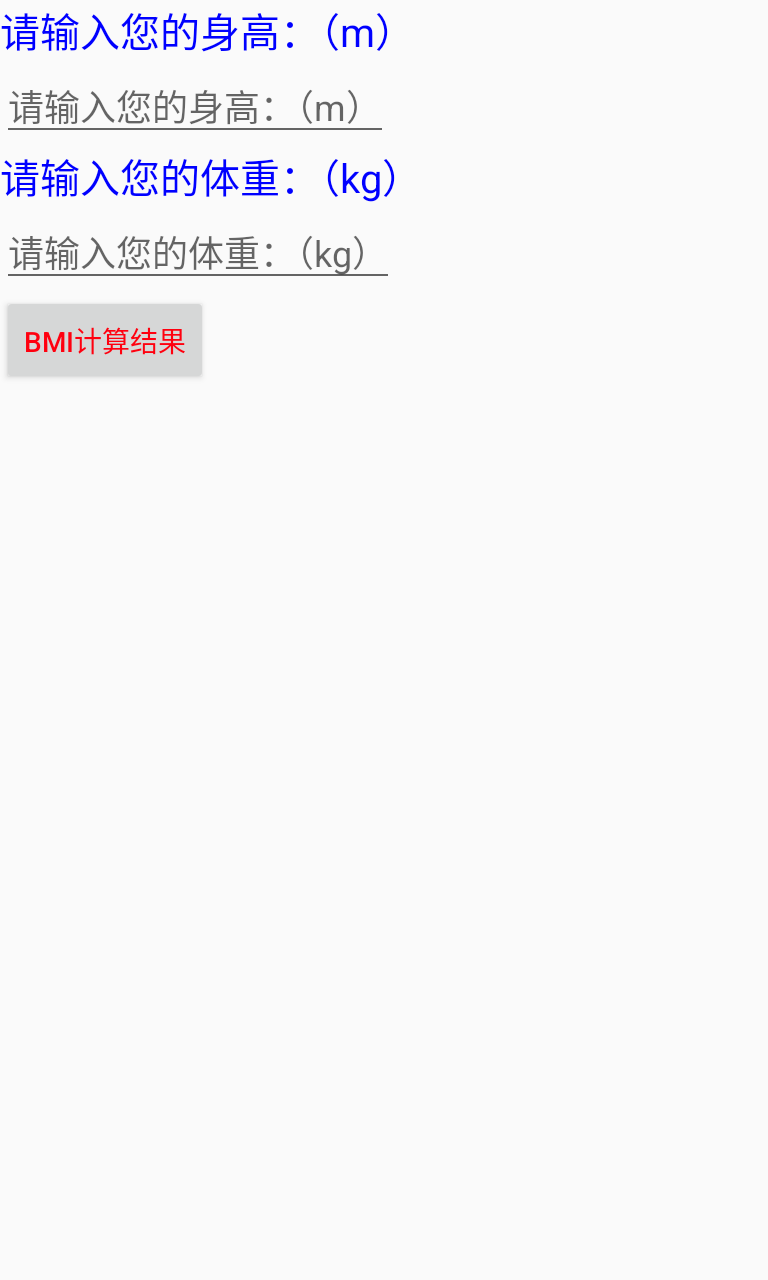
Repository: A207/guanjingjing
Layout: day4/nana/res/layout/activity_main.xml
These files come from the project's save history. The layout is drawn as it stood at one moment and after the next save; the edit follows.
It is drawn on a 768 x 1280 px phone screen (xhdpi) without system bars, with theme AppTheme; the app's code is not run.

Above is the layout before, as saved 2015-07-13 06:25:16.

### day4/nana/res/layout/activity_main.xml
<?xml version="1.0" encoding="utf-8"?>


<LinearLayout
    xmlns:android="http://schemas.android.com/apk/res/android"
    android:orientation="vertical"
    android:layout_width="fill_parent"
    android:layout_height="fill_parent"
    >

    <TextView
        android:layout_width="wrap_content"
        android:layout_height="wrap_content"
        android:text="请输入您的身高：（m）"
        android:textColor="#0000FF"
        android:textSize="20dp"
        />
    <EditText
    android:layout_width="wrap_content"
    android:layout_height="wrap_content"
    android:hint="请输入您的身高：（m）"
    android:id="@+id/height"
   />
    <TextView
        android:layout_width="wrap_content"
        android:layout_height="wrap_content"
        android:text="请输入您的体重：（kg）"
        android:textColor="#0000FF"
        android:textSize="20dp"
        />
    <EditText
        android:layout_width="wrap_content"
        android:layout_height="wrap_content"
        android:hint="请输入您的体重：（kg）"
        android:id="@+id/weight"
        android:inputType="number"
        />
<Button
    android:layout_width="wrap_content"
    android:layout_height="wrap_content"
    android:text="BMI计算结果"
    android:textColor="#FF000F"
    android:id="@+id/BMIbutton"
    />
    <TextView
        android:layout_width="wrap_content"
        android:layout_height="wrap_content"
        android:id="@+id/show"
        android:textColor="#0000F0"
        android:textSize="20dp"
        />
</LinearLayout>

Loaded but not shown: day4/nana/res/values/styles.xml (common file); day4/nana/res/values-v11/styles.xml (common file); day4/nana/res/values-v14/styles.xml (common file)

After the next save:
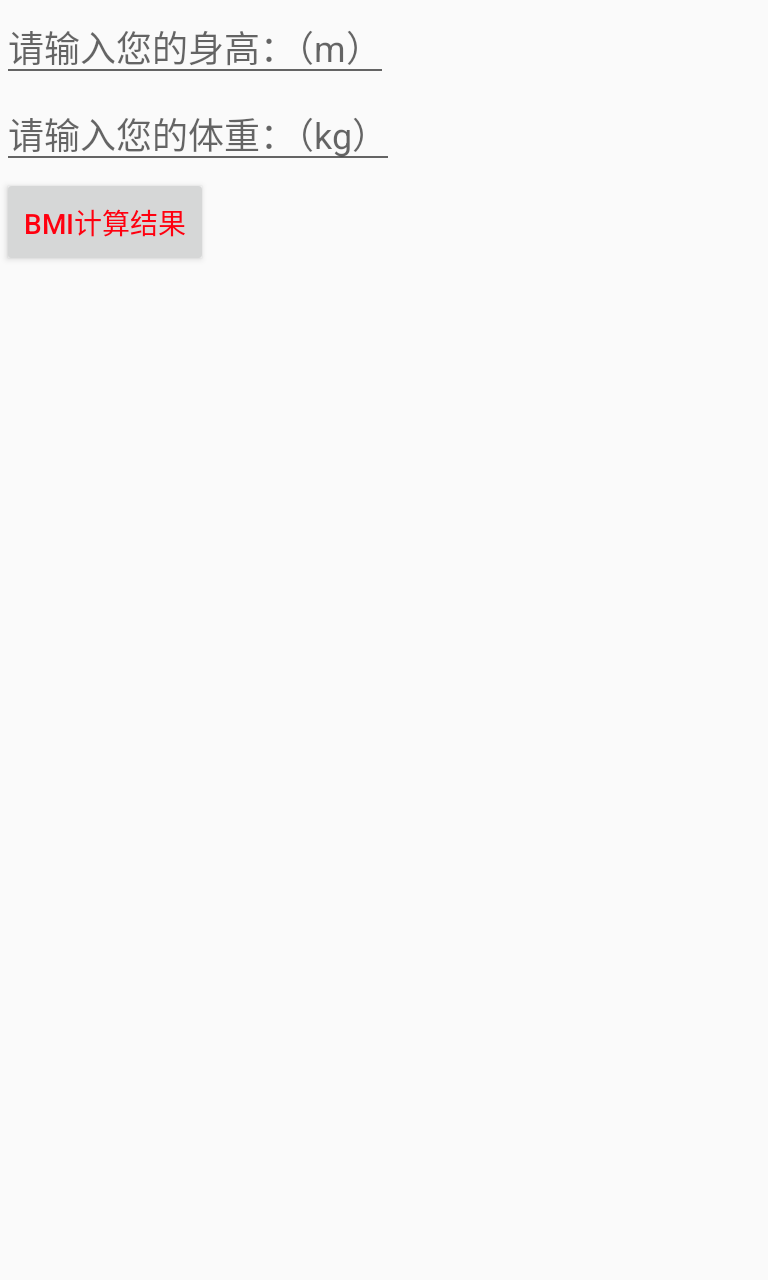
Saved 17 s later.
--- a/day4/nana/res/layout/activity_main.xml
+++ b/day4/nana/res/layout/activity_main.xml
@@ -8,26 +8,26 @@
     android:layout_height="fill_parent"
     >
 
-    <TextView
+   <!--  <TextView
         android:layout_width="wrap_content"
         android:layout_height="wrap_content"
         android:text="请输入您的身高：（m）"
         android:textColor="#0000FF"
         android:textSize="20dp"
-        />
+        /> -->
     <EditText
     android:layout_width="wrap_content"
     android:layout_height="wrap_content"
     android:hint="请输入您的身高：（m）"
     android:id="@+id/height"
    />
-    <TextView
+    <!-- <TextView
         android:layout_width="wrap_content"
         android:layout_height="wrap_content"
         android:text="请输入您的体重：（kg）"
         android:textColor="#0000FF"
         android:textSize="20dp"
-        />
+        /> -->
     <EditText
         android:layout_width="wrap_content"
         android:layout_height="wrap_content"
